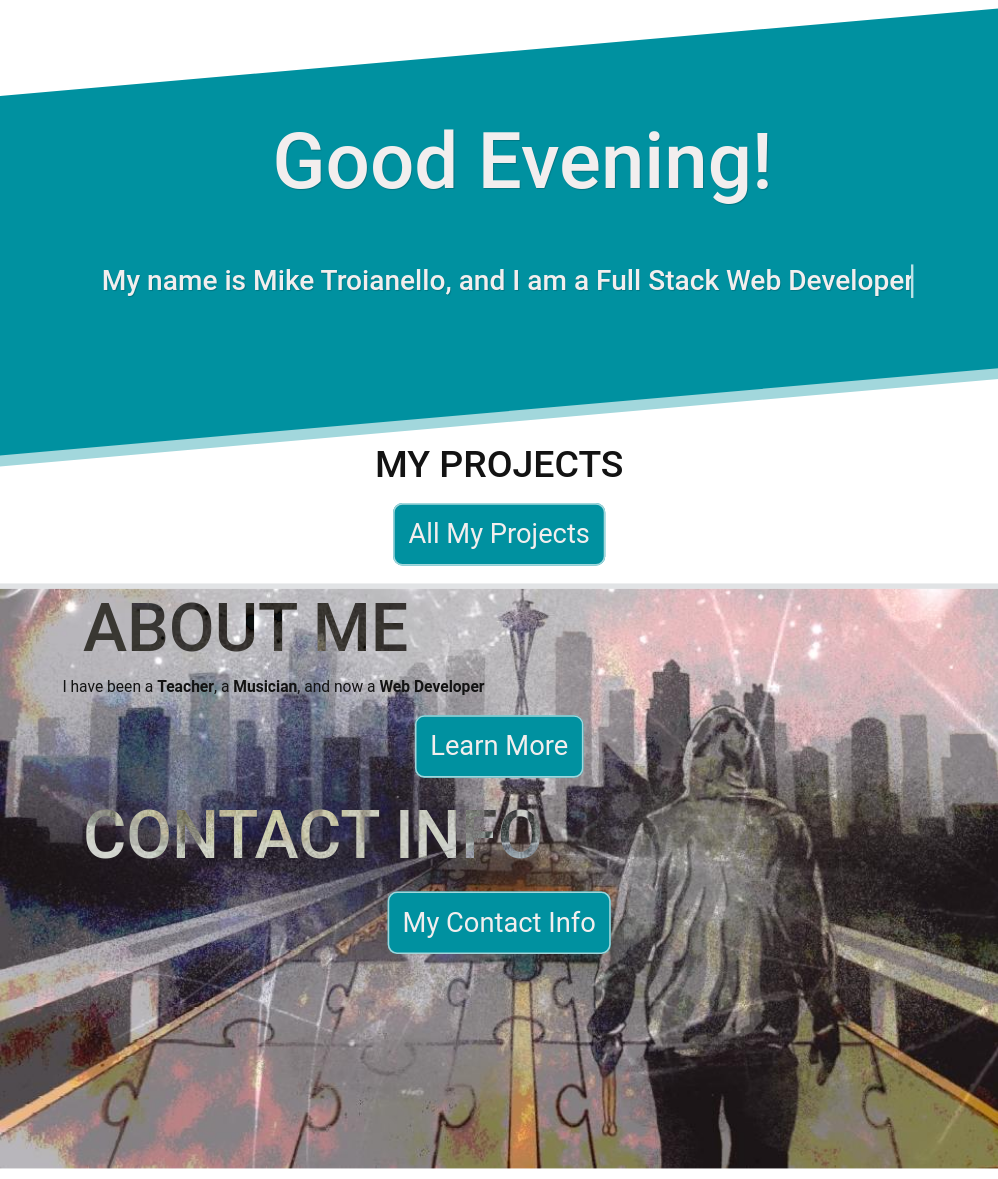
Repository: MikeTroianello/troianello
Page: /
The author's editor kept a copy of each file at every save. The page is drawn from the files as they stood at one save, then again after the next save.
The browser window is 1280 px wide. The pictures show the whole page, at 78% of full size.
The project was rebuilt for these pictures with package versions that can differ from the ones it lists, and the page was loaded fresh each time. Also part of the build but not shown: src/components/cards/RainbowDay.js, src/components/cards/CanvasBubbles.js, src/components/cards/projectCard.css, src/components/cards/projectCardMobile.css, src/components/cards/ProjectCard.js, src/components/locations/About/About.css, src/components/locations/About/AboutMobile.css, src/components/locations/About/About.js and 5 more.

Above is the page before, as saved 2019-08-06 19:58:50.

### public/index.html
<!DOCTYPE html>
<html lang="en">
  <head>
    <meta charset="utf-8" />
    <link rel="shortcut icon" href="%PUBLIC_URL%/favicon.ico" />
    <meta name="viewport" content="width=device-width, initial-scale=1" />
    <meta name="theme-color" content="#000000" />
    <!--
      manifest.json provides metadata used when your web app is installed on a
      user's mobile device or desktop. See https://developers.google.com/web/fundamentals/web-app-manifest/
    -->
    <link rel="manifest" href="%PUBLIC_URL%/manifest.json" />
    <!--
      Notice the use of %PUBLIC_URL% in the tags above.
      It will be replaced with the URL of the `public` folder during the build.
      Only files inside the `public` folder can be referenced from the HTML.

      Unlike "/favicon.ico" or "favicon.ico", "%PUBLIC_URL%/favicon.ico" will
      work correctly both with client-side routing and a non-root public URL.
      Learn how to configure a non-root public URL by running `npm run build`.
    -->
    <title>MIKE TROIANELLO</title>
  </head>
  <body>
    <noscript>You need to enable JavaScript to run this app.</noscript>
    <div id="root"></div>
  </body>
</html>

### src/App.js
import React, { Component } from 'react';
import { BrowserRouter as Router, Route, Switch } from 'react-router-dom';
import Header from './components/Header';
import Home from './components/locations/Home';
import About from './components/locations/About/About';
import Projects from './components/locations/Projects';
import Contact from './components/locations/Contact/Contact';
import NotFound from './components/locations/NotFound';
import Greet from './components/context-sensitive/Greet.js';
import './App.css';

class App extends Component {
  // state = {
  //   header: '',
  //   hours: new Date().getHours()
  // };

  // componentDidMount() {
  //   window.addEventListener('scroll', this.handleScroll);
  // }

  // componentWillUnmount() {
  //   window.removeEventListener('scroll', this.handleScroll);
  // }

  // handleScroll = event => {
  //   let scrollTop = event.srcElement.body.scrollTop;
  //   console.log(window.scrollY);
  //   // if(window.scrollY > 200 && this.state.header) {
  //   if (window.scrollY < 88) {
  //     this.setState({ header: '' });
  //     console.log(this.state.header);
  //   }
  //   if (window.scrollY > 88 && window.scrollY < 502) {
  //     this.setState({ header: <Greet classname='header-greet' /> });
  //     console.log(this.state.header);
  //   }
  //   if (window.scrollY > 503 && window.scrollY < 1266) {
  //     this.setState({ header: 'My Projects' });
  //     console.log(this.state.header);
  //   }
  //   if (window.scrollY > 1267) {
  //     this.setState({ header: 'About Me' });
  //     console.log(this.state.header);
  //   }
  // };

  render() {
    return (
      <div className='App'>
        <Router>
          {/* <Header showHeader={this.state.header} /> */}
          <Header />
          <div>
            <Switch>
              <Route exact path='/' component={Home} />
              <Route exact path='/about' component={About} />
              <Route exact path='/projects' component={Projects} />
              <Route exact path='/contact' component={Contact} />
              <Route component={NotFound} />
            </Switch>
          </div>
        </Router>
      </div>
    );
  }
}

export default App;

### src/components/Header.js
import React, { Component } from 'react';
import { Link } from 'react-router-dom';
import Greet from '../components/context-sensitive/Greet.js';

export default class Header extends Component {
  render() {
    // let headerClass = this.props.showHeader ? 'header' : 'header transition';
    // if(this.props.showHeader == "time"){
    //   this.props.showHeader = <Greet/>
    // }
    /* <div className={headerClass}> */
    return (
      <div className='header'>
        <div className='links'>
          {/* <div className='logo'>
            <Link to='/'>Mt</Link>
          </div> */}
          <Link to='/' className='logo-2'>
            <h1 className='mt-logo'>Mt</h1>
          </Link>
          <div>{this.props.showHeader}</div>

          <div className='individual-link'>
            <Link to='/'>Home</Link>
          </div>
          <div className='individual-link'>
            <Link to='/projects'>Projects</Link>
          </div>
          <div className='individual-link'>
            <Link to='/about'>About</Link>
          </div>
          <div className='individual-link test'>
            <Link to='/contact'>Contact Me</Link>
          </div>
        </div>
      </div>
    );
  }
}

### src/components/locations/Home.js
import React, { Component } from 'react';
import { Link } from 'react-router-dom';
import Greet from '../context-sensitive/Greet';
import projects from '../../projects.json';
import mainProjects from '../../mainProjects.json';
import ProjectCard from '../cards/ProjectCard';

export default class Home extends Component {
  render() {
    // let date = new Date();
    // let hours = date.getHours();
    return (
      <div className='home-bg'>
        <div className='home-top'>
          <Greet hours={this.props.hours} />
          <h2 className='home-typewriter-setup home-typewriter-animation'>
            My name is Mike Troianello, and I am a Full Stack Web Developer.
          </h2>
        </div>
        <div className='home-fade1' />
        <div className='home-projects'>
          <h1>MY PROJECTS</h1>

          {/* <div className='project-box'>
            {mainProjects.map((eachProject, i) => {
              return <ProjectCard key={i} {...eachProject} />;
            })}
          </div> */}

          <div className='link home-project-button'>
            <Link to='/projects'>All My Projects</Link>
          </div>
        </div>
        <div className='home-fade2' />
        <div className='home-about'>
          <h1 className='home-album-text'>ABOUT ME</h1>
          <p>
            I have been a <strong>Teacher</strong>, a <strong>Musician</strong>,
            and now a <strong>Web Developer</strong>
          </p>
          <div className='link'>
            <Link to='/about'>Learn More</Link>
          </div>
          <h1 className='home-album-text'>CONTACT INFO</h1>
          <div className='link'>
            <Link to='/contact'>My Contact Info</Link>
          </div>
        </div>
      </div>
    );
  }
}

### src/components/context-sensitive/Greet.js
import React, { Component } from 'react';

export default class Greed extends Component {
  render() {
    console.log(this.props.hours);
    const { hours } = this.props;
    function greeting() {
      console.log();
      if (hours < 12) {
        return 'Good Morning!';
      } else if (hours >= 12 && hours < 18) {
        return 'Good Afternoon!';
      } else {
        return 'Good Evening!';
      }
    }
    return (
      <div>
        <h1>{greeting()}</h1>
      </div>
    );
  }
}

### src/App.css
:root {
  --off-black: #131313;
  --off-white: #f2eeee;
}

.App {
  font-family: 'roboto';
}
@import url('https://fonts.googleapis.com/css?family=Chivo&display=swap');
@import url('https://fonts.googleapis.com/css?family=Roboto&display=swap');
@import url('https://fonts.googleapis.com/css?family=Exo+2:800&display=swap');

/* .App-header {
  background-color: #282c34;
  min-height: 100vh;
  display: flex;
  flex-direction: column;
  justify-content: center;
  font-size: calc(10px + 2vmin);
} */
/* align-items: center; */
/* color: white; */

body {
  padding-top: 47px;
}

div {
  font-size: 20px;
}

p {
  margin-left: 4em;
  color: var(--off-black);
}

/* HOME PAGE */

.home-bg {
  font-size: 12px;
}

.link {
  /* margin-left: 15em; */
  text-align: center;
  margin: 5vh 0;
}

.link a {
  color: var(--off-white);
  background-color: #0091a0;
  border-style: solid;
  border-color: #a2d7dc;
  border-radius: 12px;
  border-width: 2px;
  font-size: 1.75em;
  padding: 0.5em;
  text-decoration: none;
  /* border-radius: 5px; */
}

.link :hover {
  background-color: #46a8ba;
}

.home-top {
  background-color: #0091a0;
  height: 65vh;
  width: 100%;
  transform: skewY(-5deg);
  margin-top: -5vh;
  padding: 0;
}

.home-top h1 {
  text-align: center;
  color: var(--off-white);
  font-size: 5em;
  padding-left: 0.6em;
  padding-top: 0.8em;
  margin-bottom: 0;
  padding-bottom: 0;
  transform: skewY(5deg);
  text-shadow: 1px 1px 1px #007783;
}

.home-top h2 {
  text-align: center;
  color: var(--off-white);
  padding-left: 0.6em;
  margin-bottom: 0;
  padding-bottom: 0;
  transform: skewY(5deg);
  text-shadow: 1px 1px 1px #007783;
}

.home-typewriter-setup {
  /* position: relative;
    width: 29em;
    margin: 0 auto;
    text-align: center;
    white-space: nowrap;
    overflow: hidden; */
  position: relative;
  width: 24em;
  margin: 10vh auto;
  border-right: 3px solid rgba(255, 255, 255, 0.75);
  font-size: 180%;
  text-align: center;
  white-space: nowrap;
  overflow: hidden;
}

.home-typewriter-animation {
  animation: typewriter 4s steps(65) 1s 1 normal both,
    blinkTextCursor 1000ms steps(40) infinite normal;
}

@keyframes typewriter {
  from {
    width: 0;
  }
  to {
    width: 29.5em;
  }
}
@keyframes blinkTextCursor {
  from {
    border-right-color: rgba(255, 255, 255, 0.75);
  }
  to {
    border-right-color: transparent;
  }
}

.home-fade1 {
  height: 2vh;
  width: 100%;
  background-color: #a2d7dc;
  transform: skewY(-5deg);
  margin-top: -1vh;
}

/* .link {
  margin-bottom: 2px;
} */

.home-project-box {
  display: flex;
  overflow-x: scroll;
  text-decoration: none;
  justify-content: flex-start;
}

.home-project-button {
}

.home-fade2 {
  height: 1vh;
  width: 100%;
  background-color: #e1e3e5;
  /* margin-top: -1vh; */
}

.home-about {
  height: 105vh;
  background: url('./components/images/pics/album-pics/thumbnail-3.jpg')
    no-repeat;
  background-size: 100% auto;
  background-position: 0 -30vh;
  /* background-repeat: no-repeat; */
  /* background-color: #909a9f; */
}

.home-about h1 {
  color: var(--off-white);
  font-size: 4.25em;
  margin-left: 1.25em;
}

.home-projects {
  font-size: 2em;
  padding-top: 1em;
}

.home-projects h1 {
  color: var(--off-black);
  font-size: 2em;
  text-align: center;
}

.home-projects h3 {
  color: var(--off-black);
  text-align: center;
}

.home-album-text {
  mix-blend-mode: difference;
}

.home-contact {
  height: 50vh;
}

.home-contact h1 {
  font-size: 4.5em;
  margin-left: 1em;
  color: var(--off-white);
}

/* PROJECTS PAGE */

.projects {
  background-color: #1c7787;
  color: var(--off-white);
  padding-top: 3em;
  overflow: hidden;
  min-height: 97.45vh;
}

.project-box {
  display: flex;
  flex-wrap: wrap;
  justify-content: space-around;
  text-decoration: none;
  /* margin: 1vh 0; */
}

.projects-title {
  text-align: center;
}

.projects-technologies {
  padding: 10vh 0 0 1.33vw;
  background-color: #1c7787;
  border-right: 1.5px solid black;
}

.links {
  display: flex;
  justify-content: flex-end;
  align-items: center;
}

### src/projects.json
[
  {
    "title": "Paint Shooter",
    "url": "https://miketroianello.github.io/Paint/paint.html",
    "image": "https://res.cloudinary.com/dzjvkftwx/image/upload/v1564608775/folder-name/Paint.png.png",
    "alt": "Paint Shooter Screenshot",
    "description": "An arcade-style shooting game with the central mechanic of combining primary colors.",
    "category": "Game",
    "technologies": ["HTML", "CSS3", "JavaScript", "Canvas"],
    "technologyString": "HTML, Canvas, & JavaScript. Music composed in Garage Band"
  },
  {
    "title": "HotSpot",
    "url": "https://hotspot-map.herokuapp.com",
    "image": "https://res.cloudinary.com/dzjvkftwx/image/upload/v1564527938/folder-name/HotSpot.png.png",
    "alt": "HotSpot Screenshot",
    "description": "A web app where users can check into places they visit, then share locations anonymously or personally.",
    "category": "Full-Stack-Web-App",
    "technologies": [
      "HTML",
      "CSS3",
      "JavaScript",
      "Node.js",
      "Express.js",
      "Mongoose",
      "MongoDB",
      "Handlebars",
      "Bootstrap",
      "Heroku",
      "Google Maps API"
    ],
    "technologyString": "JavaScript, Node.js, Express.js, MongoDB, and Google Maps API"
  },
  {
    "title": "IronQuest",
    "url": "https://ironquest.herokuapp.com",
    "image": "https://res.cloudinary.com/dzjvkftwx/image/upload/v1562860932/folder-name/Ironquest-blue.png.png",
    "alt": "IronQuest Logo",
    "description": "A full-stack MERN choose-your-own adventure where users can create their own stories based off of previous entries.",
    "category": "Full-Stack-Web-App",
    "technologies": [
      "React.js",
      "JavaScript",
      "Node.js",
      "Express.js",
      "MongoDB",
      "Mongoose",
      "HTML",
      "CSS3",
      "Heroku"
    ],
    "technologyString": "JavaScript, React.js, Node.js, Express.js, MongoDB, & Heroku"
  },
  {
    "title": "Rainbow Day",
    "url": "https://codepen.io/mktro/pen/NQrPGy",
    "image": "https://res.cloudinary.com/dzjvkftwx/image/upload/v1564530140/folder-name/rainbow-day.png.png",
    "alt": "Rainbow Day Screenshot",
    "description": "This code pen will tell you what day it is, and will highlight in rainbow before returning to black.",
    "category": "Codepen",
    "technologies": ["CSS3", "JavaScript"],
    "technologyString": "CSS3 & JavaScript"
  },
  {
    "title": "Canvas Bubbles",
    "url": "https://codepen.io/mktro/pen/bXqgzP",
    "image": "https://res.cloudinary.com/dzjvkftwx/image/upload/v1564529794/folder-name/bubbles.png.png",
    "alt": "Canvas Bubbles Screenshot",
    "description": "A moving bubble generator using HTML Canvas. Each bubble is randomized, and expands near the mouse in Codepen.",
    "category": "Codepen",
    "technologies": ["CSS3", "JavaScript", "Canvas"],
    "technologyString": "Canvas, CSS3, & JavaScript"
  }
]

### src/mainProjects.json
[
  {
    "title": "Paint Shooter",
    "url": "https://miketroianello.github.io/Paint/paint.html",
    "image": "https://res.cloudinary.com/dzjvkftwx/image/upload/v1564608775/folder-name/Paint.png.png",
    "alt": "Paint Shooter Screenshot",
    "description": "An arcade-style shooting game with the central mechanic of combining primary colors.",
    "category": "Game",
    "technologies": ["HTML", "CSS3", "JavaScript", "Canvas"],
    "technologyString": "HTML, Canvas, & JavaScript. Music composed in Garage Band"
  },
  {
    "title": "HotSpot",
    "url": "https://hotspot-map.herokuapp.com",
    "image": "https://res.cloudinary.com/dzjvkftwx/image/upload/v1564527938/folder-name/HotSpot.png.png",
    "alt": "HotSpot Screenshot",
    "description": "A web app where users can check into places they visit, then share locations anonymously or personally.",
    "category": "Full-Stack-Web-App",
    "technologies": [
      "HTML",
      "CSS3",
      "JavaScript",
      "Node.js",
      "Express.js",
      "Mongoose",
      "MongoDB",
      "Handlebars",
      "Bootstrap",
      "Heroku",
      "Google Maps API"
    ],
    "technologyString": "JavaScript, Node.js, Express.js, MongoDB, and Google Maps API"
  },
  {
    "title": "IronQuest",
    "url": "https://ironquest.herokuapp.com",
    "image": "https://res.cloudinary.com/dzjvkftwx/image/upload/v1562860932/folder-name/Ironquest-blue.png.png",
    "alt": "IronQuest Logo",
    "description": "A full-stack MERN choose-your-own adventure where users can create their own stories based off of previous entries.",
    "category": "Full-Stack-Web-App",
    "technologies": [
      "React.js",
      "JavaScript",
      "Node.js",
      "Express.js",
      "MongoDB",
      "Mongoose",
      "HTML",
      "CSS3",
      "Heroku"
    ],
    "technologyString": "JavaScript, React.js, Node.js, Express.js, MongoDB, & Heroku"
  }
]

Loaded but not shown: src/index.js (common file); src/index.css (common file); src/serviceWorker.js (common file)

After the next save:
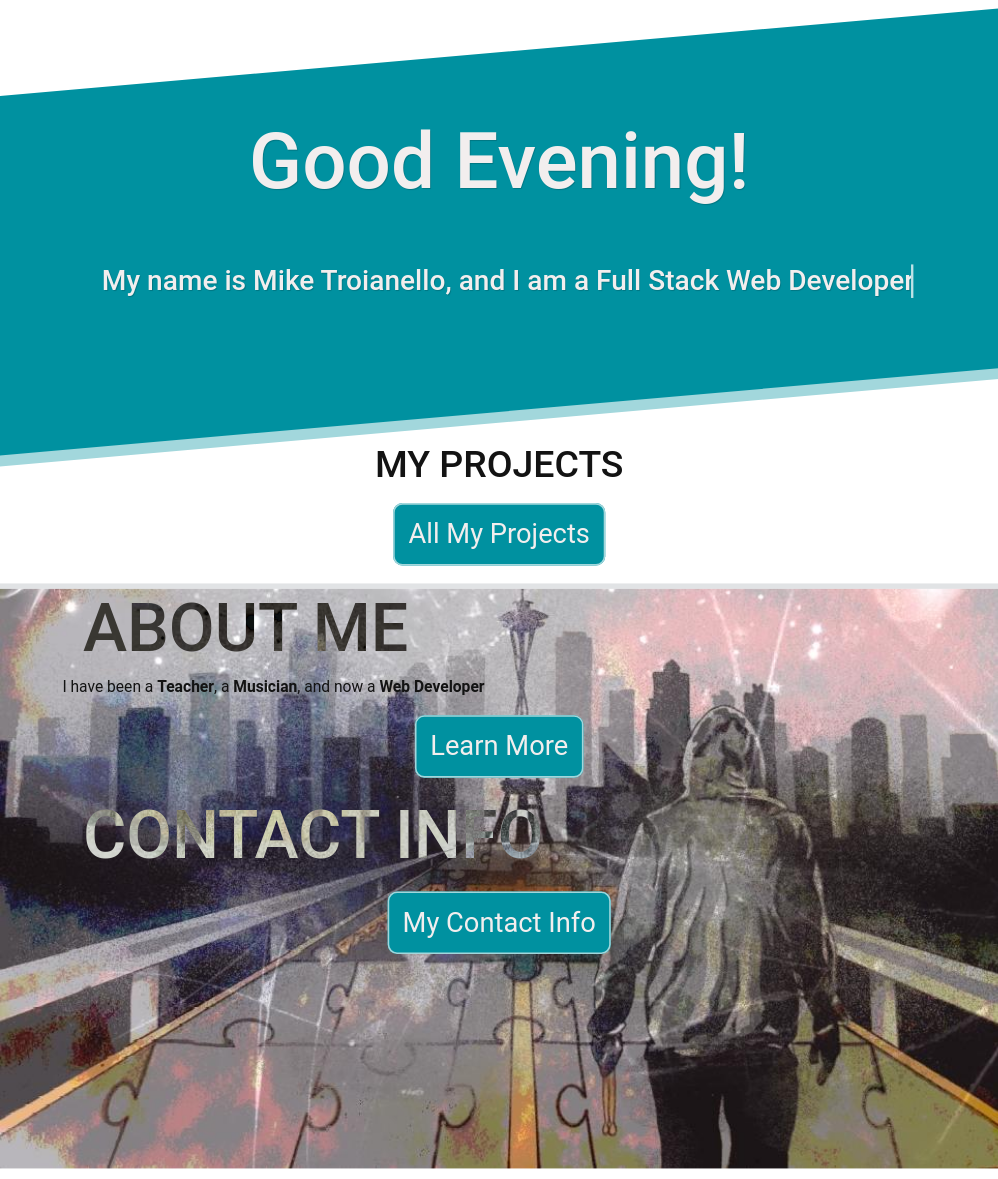
Saved 112 s later.
--- a/src/App.css
+++ b/src/App.css
@@ -76,7 +76,6 @@ p {
   text-align: center;
   color: var(--off-white);
   font-size: 5em;
-  padding-left: 0.6em;
   padding-top: 0.8em;
   margin-bottom: 0;
   padding-bottom: 0;
